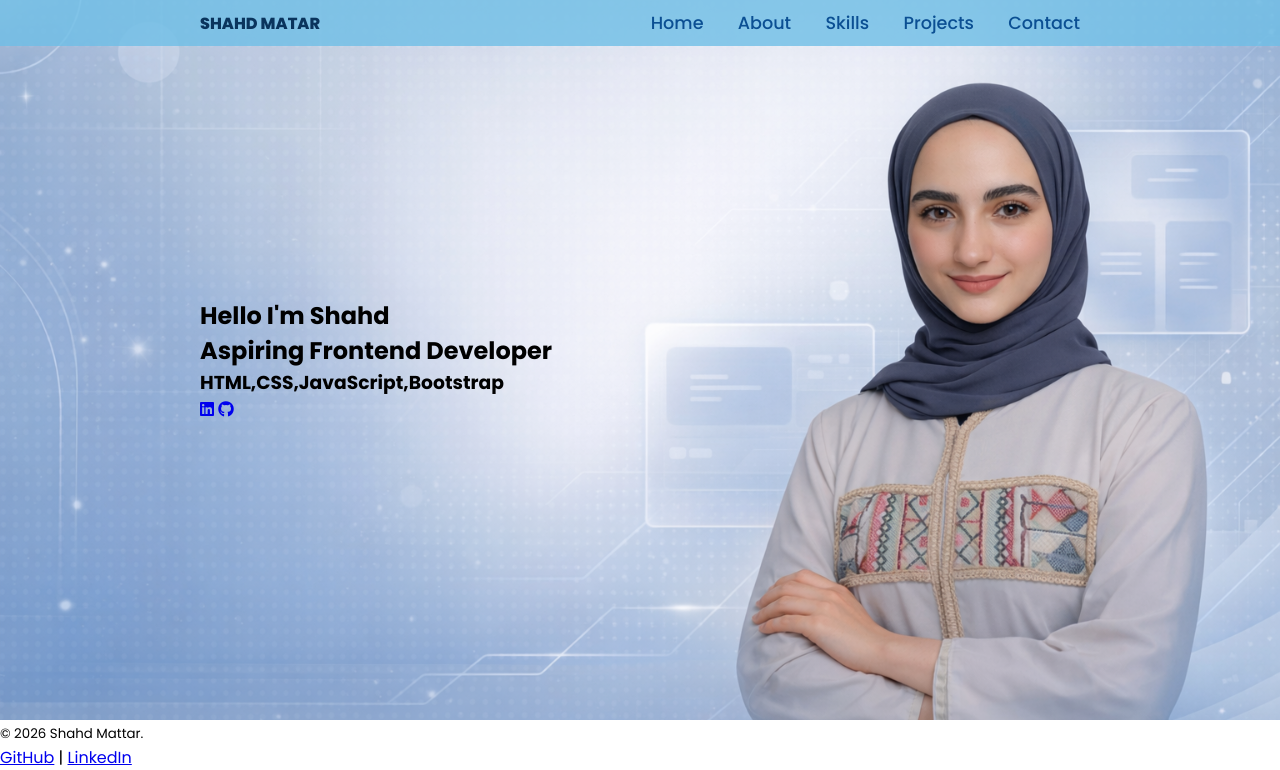
Repository: shahdmattar/personal-landing-page
Page: index.html
These files come from the project's save history. The page is drawn as it stood at one moment and after the next save; the edit follows.
The browser window is 1280 px wide. The pictures show the whole page.
Backgrounds fixed to the window are drawn as part of the page.

Above is the page before, as saved 2026-04-15 02:18:20.

### index.html
<!doctype html>
<html lang="en">
  <head>
    <meta charset="UTF-8" />
    <meta name="viewport" content="width=device-width, initial-scale=1.0" />
    <title>Shahd Matar | Personal Landing Page</title>
    <meta
      name="description"
      content="Personal landing page of Shahd Matar, Computer Engineering student and frontend learner."
    />
    <link
      rel="stylesheet"
      href="https://cdnjs.cloudflare.com/ajax/libs/font-awesome/6.0.0/css/all.min.css"
    />
    <link rel="stylesheet" href="style.css" />
    <!-- <link rel="stylesheet" href="test.css"> -->
  </head>

  <body>
    <header>
      <a href="#" class="logo">Shahd Matar</a>
      <nav class="navgation">
        <a href="#hero">Home</a>
        <a href="#about">About</a>
        <a href="#skills">Skills</a>
        <a href="#projects">Projects</a>
        <a href="#contact">Contact</a>
      </nav>
    </header>


      <section class="main">
        <div>
          <h2>Hello I'm Shahd<br> <span>Aspiring Frontend Developer</span></h2>
          <h3>HTML,CSS,JavaScript,Bootstrap</h3>
          <div class="social-icons">
            <a href="https://www.linkedin.com/in/shahd-matar-957608368"><i class="fab fa-linkedin"></i></a>
            <a href="https://github.com/shahdmattar"><i class="fab fa-github"></i></a>
          </div>
        </div>

      </section>


    <!-- Footer -->
    <footer>
      <p><small> &copy; 2026 Shahd Mattar.</small></p>
      <p>
        <a
          href="https://github.com/shahdmattar"
          target="_blank"
          rel="noopener noreferrer"
          >GitHub</a
        >
        |
        <a
          href="https://www.linkedin.com/in/shahd-matar-957608368"
          target="_blank"
          rel="noopener noreferrer"
          >LinkedIn</a
        >
      </p>
    </footer>
  </body>
</html>

### style.css
@import url('https://fonts.googleapis.com/css2?family=Dancing+Script:wght@400..700&family=Poppins:ital,wght@0,100;0,200;0,300;0,400;0,500;0,600;0,700;0,800;0,900;1,100;1,200;1,300;1,400;1,500;1,600;1,700;1,800;1,900&display=swap');

* {
  font-family:"Poppins", sans-serif;
  margin: 0;
  padding: 0;
  box-sizing: border-box;
  scroll-behavior:smooth;
}

header{
  width:100%;
  background-color:rgba(111, 191, 231, 0.8);
  position:fixed;
  display:flex;
  justify-content: space-between;
  align-items:center;
  z-index: 999;
  padding:10px 200px;
}

.logo{
  text-decoration:none;
  text-transform:uppercase;
  color:#0a345d;
  font-size:2rm;
  font-weight:800;
}

.navgation a{
  color:#0b4f93;
  text-decoration:none;
  font-size:1.1rem;
  font-weight:500;
  padding-left:30px;
}

.navgation a:hover{
  color:#0a345d;
  font-size:1.4rem;
  font-weight:600;
}

section{
   padding:100px 200px;
}
.main{
  width:100%;
  min-height:100vh;
  display:flex;
  align-items:center;
  background:url(images/background.png);
  background-repeat:no-repeat;
  background-size:cover;
  background-position:center;
  background-attachment: fixed;
}

After the next save:
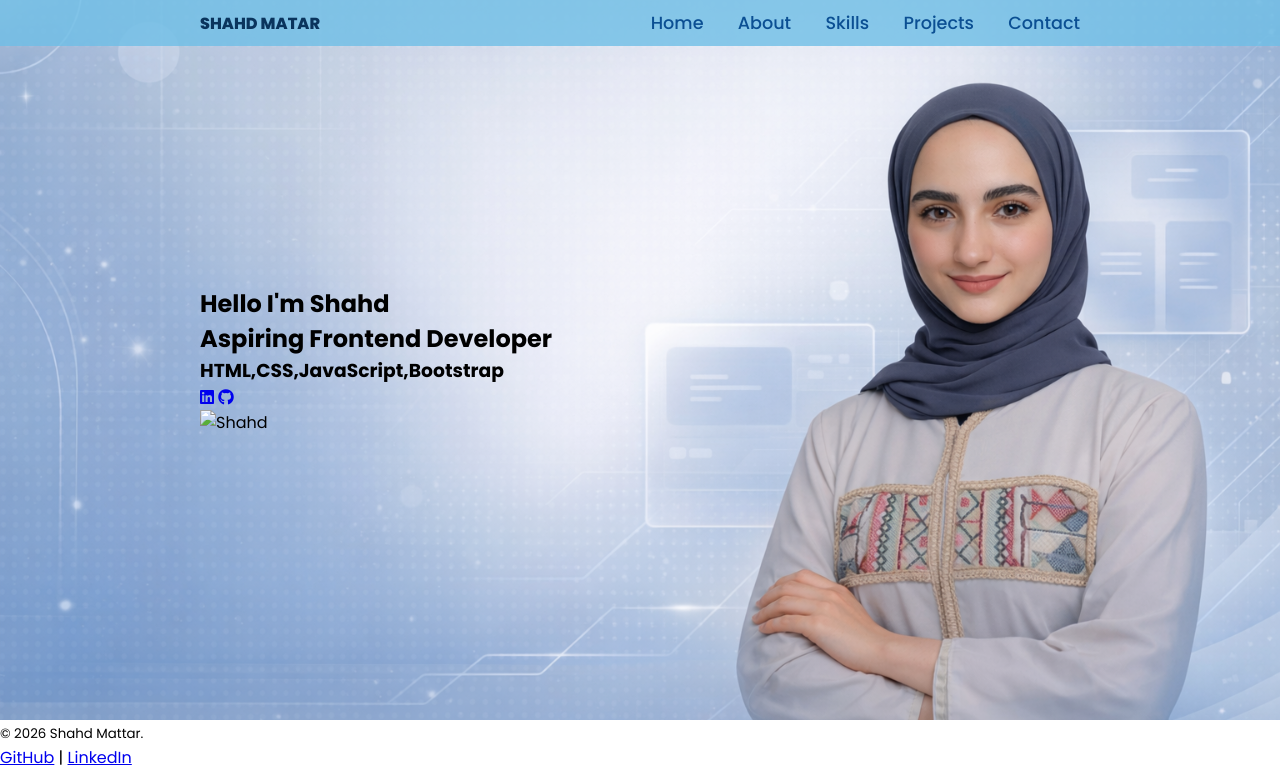
Not found: images/girl.png
Saved 4 s later.
--- a/index.html
+++ b/index.html
@@ -37,6 +37,9 @@
             <a href="https://www.linkedin.com/in/shahd-matar-957608368"><i class="fab fa-linkedin"></i></a>
             <a href="https://github.com/shahdmattar"><i class="fab fa-github"></i></a>
           </div>
+           <div class="main-image">
+    <img src="images/girl.png" alt="Shahd">
+  </div>
         </div>
 
       </section>
